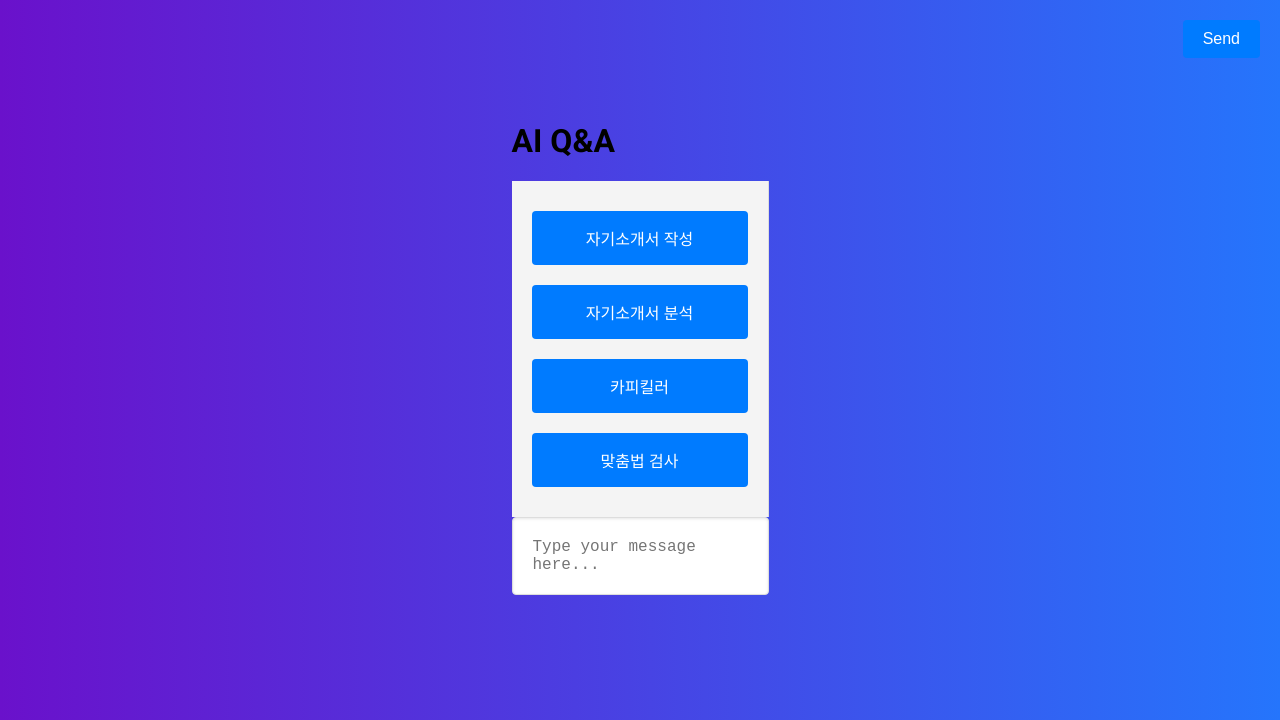
Repository: Choi9912/Flask_IntroduceGPT
Page: http://localhost/
The author's editor kept a copy of each file at every save. The page is drawn from the files as they stood at one save, then again after the next save.
The browser window is 1280 px wide. The pictures show the whole page.
The page is served by the project's application, run on Flask 3 (app.py).

Above is the page before, as saved 2024-07-30 12:23:03.

### templates/index.html
<!doctype html>
<html lang="en">
<head>
    <meta charset="UTF-8">
    <title>AI Q&A</title>
    <link rel="stylesheet" href="style.css">
    <link href="https://fonts.googleapis.com/css2?family=Roboto:wght@400;500;700&display=swap" rel="stylesheet">
    <meta name="viewport" content="width=device-width, initial-scale=1.0">
</head>
<body>
    <div class="app-container">
        <div class="header">
            <h1>AI Q&A</h1>
        </div>
        <div class="main-content">
            <div class="sidebar">
                <button class="sidebar-btn" id="sendBtn">자기소개서 작성</button>
                <button class="sidebar-btn" id="analyzeBtn">자기소개서 분석</button>
                <button class="sidebar-btn" id="plagiarismBtn">카피킬러</button>
                <button class="sidebar-btn" id="spellCheckBtn">맞춤법 검사</button>
            </div>
            <div class="chat-container">
                <div id="chat-box">
                    <!-- Chat messages will be appended here -->
                </div>
                <textarea id="inputArea" placeholder="Type your message here..." spellcheck="false"></textarea>
                <button class="submit-btn" id="actionBtn">Send</button>
            </div>
        </div>
    </div>
    <script src="script.js"></script>
</body>
</html>

### app.py
from flask import Flask, request, jsonify, render_template
import requests
import logging
import os

from dotenv import load_dotenv

load_dotenv()
API_URL = os.getenv('API_URL')
# Configure logging
logging.basicConfig(level=logging.DEBUG)

app = Flask(__name__)

class SelfIntroductionAnalyzer:
    def __init__(self, api_url):
        self.api_url = api_url

    def analyze(self, introduction, method):
        if method == 'iterative_refinement':
            return self.iterative_refinement(introduction)
        elif method == 'step_by_step':
            return self.step_by_step(introduction)
        elif method == 'few_shot':
            return self.few_shot(introduction)
        elif method == 'constraint_setting':
            return self.constraint_setting(introduction)
        else:
            return 'Error: Invalid method'

    def iterative_refinement(self, introduction):
        return self.send_request(self.create_messages(introduction))

    def step_by_step(self, introduction):
        steps = [
            "단계 1: 자기소개서를 분석합니다.",
            "단계 2: 주요 포인트와 주제를 식별합니다.",
            "단계 3: 구조와 일관성을 평가합니다."
        ]
        messages = self.create_messages(introduction, " ".join(steps))
        return self.send_request(messages)

    def few_shot(self, introduction):
        examples = [
            {"role": "user", "content": "자기소개서의 강점을 분석해주세요.", "role": "assistant", "content": "자기소개서의 강점은 명확한 목표 설정과 구체적인 경험 사례입니다."},
            {"role": "user", "content": "자기소개서에서 개선할 점을 알려주세요.", "role": "assistant", "content": "자기소개서의 개선할 점은 내용의 일관성과 논리적 흐름입니다."}
        ]
        messages = self.create_messages(introduction, examples=examples)
        return self.send_request(messages)

    def constraint_setting(self, introduction):
        constraints = "최대한 자세하게 알려주세요."
        messages = self.create_messages(introduction, constraints)
        return self.send_request(messages)

    def create_messages(self, introduction, additional_content="", examples=None):
        messages = [
            {"role": "system", "content": "당신은 자기소개서를 분석하는 AI입니다."},
            {"role": "user", "content": f"다음 자기소개서를 분석해주세요: {introduction} {additional_content}"}
        ]
        if examples:
            messages = [{"role": ex["role"], "content": ex["content"]} for ex in examples] + messages
        return messages

    def send_request(self, messages):
        try:
            response = requests.post(self.api_url, json=messages)
            response.raise_for_status()
            return response.json().get('choices')[0]['message']['content']
        except requests.RequestException as e:
            logging.error(f"Error in SelfIntroductionAnalyzer: {e}")
            return 'Error: Unable to get a response from the API'


class SelfIntroductionWriter:
    def __init__(self, api_url):
        self.api_url = api_url

    def write(self, prompt, method):
        if method == 'iterative_refinement':
            return self.iterative_refinement(prompt)
        elif method == 'step_by_step':
            return self.step_by_step(prompt)
        elif method == 'few_shot':
            return self.few_shot(prompt)
        elif method == 'constraint_setting':
            return self.constraint_setting(prompt)
        else:
            return 'Error: Invalid method'

    def iterative_refinement(self, prompt):
        return self.send_request(self.create_messages(prompt))

    def step_by_step(self, prompt):
        steps = [
            "단계 1. 소제목을 넣자: 자기소개서에 소제목을 추가합니다.",
            "단계 2. 두괄식으로 작성하자: 결론부터 말하고 자세한 내용을 덧붙입니다.",
            "단계 3. 문장을 간결하게, 문단을 나눠서 쓰자: 간결하고 명확한 문장을 사용하고, 적절한 문단 나누기로 가독성을 높입니다."
   ]
        messages = self.create_messages(prompt, " ".join(steps))
        return self.send_request(messages)

    def few_shot(self, prompt):
        examples = [
            {
                "role": "user",
                "content": "자기소개서를 작성해주세요.",
                "role": "assistant",
                "content": (
                    "① 경력 소개: 저는 열정적이고 성실한 사람입니다. "
                    "② 성장 과정: 다양한 경험을 통해 성장했습니다. "
                    "③ 결론: 저의 협력과 도전정신을 바탕으로 회사에 기여하고 싶습니다."
                )
            },
            {
                "role": "user",
                "content": "자기소개서의 핵심을 작성해주세요.",
                "role": "assistant",
                "content": (
                    "- 소개: 저는 협력과 도전정신을 중요시합니다. "
                    "- 경험: 항상 새로운 것을 배우고자 합니다. "
                    "- 목표: 이러한 태도로 귀사에 큰 기여를 하고 싶습니다."
                )
            }
        ]
        messages = self.create_messages(prompt, examples=examples)
        return self.send_request(messages)

    def constraint_setting(self, prompt):
        constraints = "소제목을 포함하고, 두괄식으로 작성하며, 문장을 간결하게 쓰고, 문단을 나누어 주세요."
        messages = self.create_messages(prompt, constraints)
        return self.send_request(messages)

    def create_messages(self, prompt, additional_content="", examples=None):
        messages = [
            {"role": "system", "content": "당신은 자기소개서를 작성하는 AI입니다."},
            {"role": "user", "content": f"다음 프롬프트로 자기소개서를 작성해주세요: {prompt} {additional_content}"}
        ]
        if examples:
            messages = [{"role": ex["role"], "content": ex["content"]} for ex in examples] + messages
        return messages

    def send_request(self, messages):
        try:
            response = requests.post(self.api_url, json=messages)
            response.raise_for_status()
            return response.json().get('choices')[0]['message']['content']
        except requests.RequestException as e:
            logging.error(f"Error in SelfIntroductionWriter: {e}")
            return 'Error: Unable to get a response from the API'



class PlagiarismDetector:
    def __init__(self, api_url):
        self.api_url = api_url

    def check_plagiarism(self, text, method):
        if method == 'iterative_refinement':
            return self.iterative_refinement(text)
        elif method == 'step_by_step':
            return self.step_by_step(text)
        elif method == 'few_shot':
            return self.few_shot(text)
        elif method == 'constraint_setting':
            return self.constraint_setting(text)
        else:
            return 'Error: Invalid method'

    def iterative_refinement(self, text):
        return self.send_request(self.create_messages(text))

    def step_by_step(self, text):
        steps = [
            "단계 1: 텍스트를 분석합니다.",
            "단계 2: 주요 포인트와 주제를 식별합니다.",
            "단계 3: 문장 구조와 단어 선택을 평가합니다.",
            "단계 4: 아이디어의 독창성을 평가합니다.",
            "단계 5: 다른 출처와의 유사성을 평가합니다."
        ]
        messages = self.create_messages(text, " ".join(steps))
        return self.send_request(messages)

    def few_shot(self, text):
        examples = [
            {"role": "user", "content": "다음 텍스트의 표절 여부를 검사해주세요.", "role": "assistant", "content": "이 텍스트는 다음 알려진 텍스트와 유사합니다: [알려진 텍스트]."},
            {"role": "user", "content": "이 텍스트는 표절인가요?", "role": "assistant", "content": "이 텍스트는 [알려진 텍스트]와 유사하므로 표절로 간주됩니다."}
        ]
        messages = self.create_messages(text, examples=examples)
        return self.send_request(messages)

    def constraint_setting(self, text):
        constraints = "텍스트의 모든 부분을 꼼꼼히 검사하고, 문장 구조, 단어 선택, 아이디어의 독창성을 고려하여 다른 출처와의 유사성을 평가해주세요."
        messages = self.create_messages(text, constraints)
        return self.send_request(messages)

    def create_messages(self, text, additional_content="", examples=None):
        messages = [
            {"role": "system", "content": "당신은 텍스트를 분석하여 표절 여부를 판단하는 AI입니다."},
            {"role": "user", "content": f"다음 텍스트의 표절 여부를 검사해주세요: {text} {additional_content}"}
        ]
        if examples:
            messages = [{"role": ex["role"], "content": ex["content"]} for ex in examples] + messages
        return messages

    def send_request(self, messages):
        try:
            response = requests.post(self.api_url, json=messages)
            response.raise_for_status()
            return response.json().get('choices')[0]['message']['content']
        except requests.RequestException as e:
            logging.error(f"Error in PlagiarismDetector: {e}")
            return 'Error: Unable to get a response from the API'



class SpellChecker:
    def __init__(self, api_url):
        self.api_url = api_url

    def check(self, text, method):
        if method == 'iterative_refinement':
            return self.iterative_refinement(text)
        elif method == 'step_by_step':
            return self.step_by_step(text)
        elif method == 'few_shot':
            return self.few_shot(text)
        elif method == 'constraint_setting':
            return self.constraint_setting(text)
        else:
            return 'Error: Invalid method'

    def iterative_refinement(self, text):
        return self.send_request(self.create_messages(text))

    def step_by_step(self, text):
        steps = [
            "단계 1: 텍스트를 분석합니다.",
            "단계 2: 철자 오류를 식별합니다.",
            "단계 3: 문법 오류를 식별합니다.",
            "단계 4: 문장 구조를 평가합니다.",
            "단계 5: 전체 텍스트의 일관성을 평가합니다."
        ]
        messages = self.create_messages(text, " ".join(steps))
        return self.send_request(messages)

    def few_shot(self, text):
        examples = [
            {"role": "user", "content": "다음 텍스트의 맞춤법을 검사해주세요.", "role": "assistant", "content": "이 텍스트에는 다음과 같은 철자 오류가 있습니다: [오류 예시]."},
            {"role": "user", "content": "이 텍스트의 문법 오류를 수정해주세요.", "role": "assistant", "content": "이 텍스트에는 다음과 같은 문법 오류가 있습니다: [오류 예시]."}
        ]
        messages = self.create_messages(text, examples=examples)
        return self.send_request(messages)

    def constraint_setting(self, text):
        constraints = "텍스트의 철자와 문법을 철저히 검사하고, 문장 구조와 일관성을 고려하여 전체 텍스트를 평가해주세요."
        messages = self.create_messages(text, constraints)
        return self.send_request(messages)

    def create_messages(self, text):
        return [
            {"role": "system", "content": "당신은 맞춤법 검사 AI입니다."},
            {"role": "user", "content": f"다음 글의 맞춤법을 확인해주세요: {text}"}
        ]

    def send_request(self, messages):
        try:
            response = requests.post(self.api_url, json=messages)
            response.raise_for_status()
            return response.json().get('choices')[0]['message']['content']
        except requests.RequestException as e:
            logging.error(f"Error in SpellChecker: {e}")
            return 'Error: Unable to get a response from the API'


class PromptOptimizerApp:
    def __init__(self, analyzer, writer, plagiarism_detector, spell_checker):
        self.app = Flask(__name__)
        self.analyzer = analyzer
        self.writer = writer
        self.plagiarism_detector = plagiarism_detector
        self.spell_checker = spell_checker
        self.setup_routes()

    def setup_routes(self):
        self.app.add_url_rule('/', 'index', self.index)
        self.app.add_url_rule('/generate', 'generate', self.generate, methods=['POST'])
        self.app.add_url_rule('/analyze', 'analyze', self.analyze_route, methods=['POST'])
        self.app.add_url_rule('/write', 'write', self.write_route, methods=['POST'])
        self.app.add_url_rule('/plagiarism_check', 'plagiarism_check', self.plagiarism_check_route, methods=['POST'])
        self.app.add_url_rule('/spell_check', 'spell_check', self.spell_check_route, methods=['POST'])

    def index(self):
        return render_template('index.html')

    def generate(self):
        data = request.get_json()
        question = data.get('question')
        logging.debug(f"Received question: {question}")

        answer = self.writer.iterative_refinement(question)
        return jsonify({'answer': answer})

    def analyze_route(self):
        data = request.get_json()
        introduction = data.get('introduction')
        method = data.get('method', 'iterative_refinement')  # Default to 'iterative_refinement'
        logging.debug(f"Received introduction: {introduction} with method: {method}")
        analysis = self.analyzer.analyze(introduction, method)
        return jsonify({'analysis': analysis})

    def write_route(self):
        data = request.get_json()
        prompt = data.get('prompt')
        method = data.get('method', 'iterative_refinement')  # Default to 'iterative_refinement'
        logging.debug(f"Received prompt: {prompt} with method: {method}")
        writing = self.writer.write(prompt, method)
        return jsonify({'writing': writing})

    def plagiarism_check_route(self):
        data = request.get_json()
        text = data.get('text')
        method = data.get('method', 'iterative_refinement')  # Default to 'iterative_refinement'
        logging.debug(f"Received text for plagiarism check: {text} with method: {method}")
        report = self.plagiarism_detector.check_plagiarism(text, method)

        return jsonify({'plagiarism_report': report})


    def spell_check_route(self):
        data = request.get_json()
        text = data.get('text')
        method = data.get('method', 'iterative_refinement')  # Default to 'iterative_refinement'
        logging.debug(f"Received text for spell check: {text} with method: {method}")
        report = self.spell_checker.check(text, method)
        return jsonify({'spell_check_report': report})

    def run(self):
        self.app.run(debug=True)

if __name__ == '__main__':
    analyzer = SelfIntroductionAnalyzer(API_URL)
    writer = SelfIntroductionWriter(API_URL)
    plagiarism_detector = PlagiarismDetector(API_URL)
    spell_checker = SpellChecker(API_URL)
    app_instance = PromptOptimizerApp(analyzer, writer, plagiarism_detector, spell_checker)
    app_instance.run()

### static/style.css
body {
    display: flex;
    justify-content: center;
    align-items: center;
    height: 100vh;
    margin: 0;
    font-family: 'Roboto', sans-serif;
    background: linear-gradient(to right, #6a11cb, #2575fc);
}

.container {
    display: flex;
    border-radius: 10px;
    box-shadow: 0 8px 16px rgba(0, 0, 0, 0.2);
    width: 80%;
    height: 80%;
    background-color: #ffffff;
    overflow: hidden;
    animation: fadeIn 1s ease-in-out;
}

.sidebar {
    display: flex;
    flex-direction: column;
    justify-content: space-around;
    padding: 20px;
    background-color: #f4f4f4;
    border-right: 1px solid #ddd;
    animation: slideIn 0.5s ease-in-out;
}

.sidebar-btn {
    padding: 15px;
    margin: 10px 0;
    border: none;
    border-radius: 4px;
    background-color: #007bff;
    color: #ffffff;
    cursor: pointer;
    font-size: 16px;
    transition: background-color 0.3s, box-shadow 0.3s, transform 0.3s;
}

.sidebar-btn:hover {
    background-color: #0056b3;
    box-shadow: 0 4px 8px rgba(0, 0, 0, 0.1);
    transform: translateY(-2px);
}

.content {
    flex: 1;
    display: flex;
    flex-direction: column;
    padding: 20px;
    position: relative;
    animation: fadeIn 1s ease-in-out;
}

#inputArea {
    flex: 1;
    margin-bottom: 20px;
    padding: 20px;
    font-size: 16px;
    border: 1px solid #ddd;
    border-radius: 4px;
    resize: none;
    box-shadow: inset 0 1px 3px rgba(0, 0, 0, 0.1);
    transition: border-color 0.3s, box-shadow 0.3s;
}

#inputArea:focus {
    border-color: #007bff;
    box-shadow: 0 0 5px rgba(0, 123, 255, 0.5);
}

.submit-btn {
    position: absolute;
    top: 20px;
    right: 20px;
    padding: 10px 20px;
    cursor: pointer;
    background-color: #007bff;
    color: #fff;
    border: none;
    border-radius: 4px;
    font-size: 16px;
    transition: background-color 0.3s, box-shadow 0.3s, transform 0.3s;
}

.submit-btn:hover {
    background-color: #0056b3;
    box-shadow: 0 4px 8px rgba(0, 0, 0, 0.1);
    transform: translateY(-2px);
}

#output {
    flex: 2;
    margin-top: 20px;
    border-top: 1px solid #ddd;
    padding: 20px;
    overflow-y: auto;
    background-color: #f4f4f4;
    border-radius: 4px;
    box-shadow: inset 0 1px 3px rgba(0, 0, 0, 0.1);
    animation: fadeIn 1s ease-in-out;
}

/* Animations */
@keyframes fadeIn {
    from { opacity: 0; }
    to { opacity: 1; }
}

@keyframes slideIn {
    from { transform: translateX(-100%); }
    to { transform: translateX(0); }
}

### static/script.js
document.addEventListener('DOMContentLoaded', function() {
    const sendBtn = document.getElementById('sendBtn');
    const analyzeBtn = document.getElementById('analyzeBtn');
    const plagiarismBtn = document.getElementById('plagiarismBtn');
    const spellCheckBtn = document.getElementById('spellCheckBtn');
    const actionBtn = document.getElementById('actionBtn');
    const inputArea = document.getElementById('inputArea');
    const outputDiv = document.getElementById('output');

    let currentAction = null;

    sendBtn.addEventListener('click', () => {
        currentAction = 'generate';
        inputArea.placeholder = 'Enter your question here';
    });

    analyzeBtn.addEventListener('click', () => {
        currentAction = 'analyze';
        inputArea.placeholder = 'Enter your self-introduction here';
    });

    plagiarismBtn.addEventListener('click', () => {
        currentAction = 'plagiarism_check';
        inputArea.placeholder = 'Enter your text for plagiarism check';
    });

    spellCheckBtn.addEventListener('click', () => {
        currentAction = 'spell_check';
        inputArea.placeholder = 'Enter your text for spell check';
    });

    actionBtn.addEventListener('click', () => {
        const text = inputArea.value;
        if (text.trim() === '' || !currentAction) return;

        let url;
        const body = {};

        switch (currentAction) {
            case 'generate':
                url = '/generate';
                body.question = text;
                break;
            case 'analyze':
                url = '/analyze';
                body.introduction = text;
                body.method = 'iterative_refinement'; // Default method
                break;
            case 'plagiarism_check':
                url = '/plagiarism_check';
                body.text = text;
                body.method = 'iterative_refinement'; // Default method
                break;
            case 'spell_check':
                url = '/spell_check';
                body.text = text;
                body.method = 'iterative_refinement'; // Default method
                break;
            default:
                return;
        }

        console.log(`Sending request to ${url} with body:`, body);

        actionBtn.disabled = true;
        outputDiv.textContent = 'Loading...';

        fetch(url, {
            method: 'POST',
            headers: {
                'Content-Type': 'application/json'
            },
            body: JSON.stringify(body)
        })
        .then(response => response.json())
        .then(data => {
            console.log('Received response:', data);
            let resultText;
            switch (currentAction) {
                case 'generate':
                    resultText = `Generated Response: ${data.answer || 'No response'}`;
                    break;
                case 'analyze':
                    resultText = `Analysis Result: ${data.analysis || 'No response'}`;
                    break;
                case 'plagiarism_check':
                    resultText = `Plagiarism Report: ${data.plagiarism_report || 'No report'}`;
                    break;
                case 'spell_check':
                    resultText = `Spell Check Report: ${data.spell_check_report || 'No report'}`;
                    break;
                default:
                    resultText = 'No valid action performed.';
            }
            outputDiv.textContent = resultText;
        })
        .catch(error => {
            console.error('Error:', error);
            outputDiv.textContent = 'Error: Unable to get a response from the server.';
        })
        .finally(() => {
            // Re-enable the action button and clear the input
            actionBtn.disabled = false;
            inputArea.value = '';
        });
    });
});

After the next save:
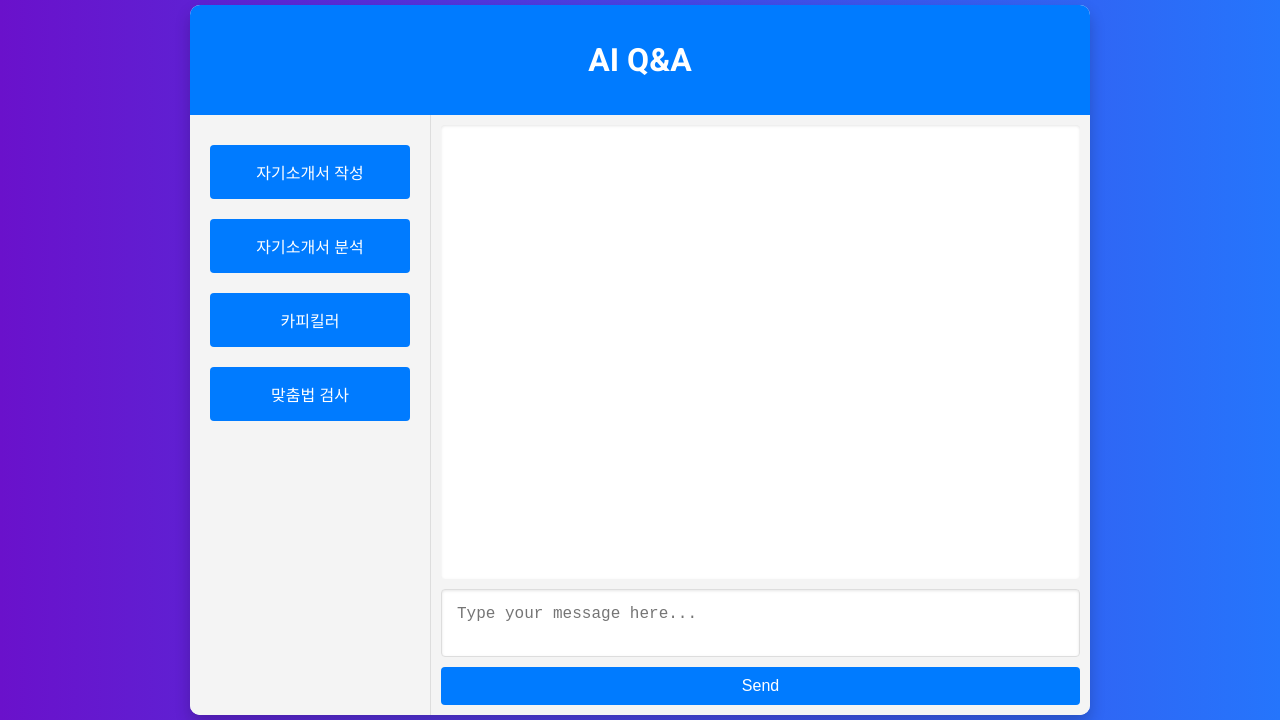
Saved 33 s later.
--- a/static/style.css
+++ b/static/style.css
@@ -1,32 +1,45 @@
 body {
+    margin: 0;
+    font-family: 'Roboto', sans-serif;
+    background: linear-gradient(to right, #6a11cb, #2575fc);
     display: flex;
     justify-content: center;
     align-items: center;
-    height: 100vh;
-    margin: 0;
-    font-family: 'Roboto', sans-serif;
-    background: linear-gradient(to right, #6a11cb, #2575fc);
+    min-height: 100vh;
 }
 
-.container {
+.app-container {
     display: flex;
+    flex-direction: column;
+    width: 100%;
+    max-width: 900px;
     border-radius: 10px;
     box-shadow: 0 8px 16px rgba(0, 0, 0, 0.2);
-    width: 80%;
-    height: 80%;
     background-color: #ffffff;
     overflow: hidden;
     animation: fadeIn 1s ease-in-out;
 }
 
+.header {
+    background-color: #007bff;
+    color: #ffffff;
+    text-align: center;
+    padding: 15px;
+}
+
+.main-content {
+    display: flex;
+    height: calc(100vh - 120px); /* Adjust height based on header size */
+}
+
 .sidebar {
     display: flex;
     flex-direction: column;
-    justify-content: space-around;
     padding: 20px;
     background-color: #f4f4f4;
     border-right: 1px solid #ddd;
     animation: slideIn 0.5s ease-in-out;
+    width: 200px;
 }
 
 .sidebar-btn {
@@ -47,25 +60,51 @@ body {
     transform: translateY(-2px);
 }
 
-.content {
-    flex: 1;
+.chat-container {
     display: flex;
     flex-direction: column;
-    padding: 20px;
-    position: relative;
-    animation: fadeIn 1s ease-in-out;
+    flex: 1;
+    padding: 10px;
+    background-color: #f4f4f4;
+}
+
+#chat-box {
+    flex: 1;
+    padding: 10px;
+    overflow-y: auto;
+    border-radius: 4px;
+    background-color: #ffffff;
+    box-shadow: inset 0 1px 3px rgba(0, 0, 0, 0.1);
+    margin-bottom: 10px;
+}
+
+.chat-message {
+    margin: 10px 0;
+    padding: 10px;
+    border-radius: 4px;
+    box-shadow: 0 1px 3px rgba(0, 0, 0, 0.1);
+}
+
+.chat-message.user {
+    background-color: #007bff;
+    color: #ffffff;
+    align-self: flex-end;
+}
+
+.chat-message.bot {
+    background-color: #f0f0f0;
+    align-self: flex-start;
 }
 
 #inputArea {
-    flex: 1;
-    margin-bottom: 20px;
-    padding: 20px;
+    padding: 15px;
     font-size: 16px;
     border: 1px solid #ddd;
     border-radius: 4px;
     resize: none;
     box-shadow: inset 0 1px 3px rgba(0, 0, 0, 0.1);
     transition: border-color 0.3s, box-shadow 0.3s;
+    margin-bottom: 10px;
 }
 
 #inputArea:focus {
@@ -74,10 +113,7 @@ body {
 }
 
 .submit-btn {
-    position: absolute;
-    top: 20px;
-    right: 20px;
-    padding: 10px 20px;
+    padding: 10px;
     cursor: pointer;
     background-color: #007bff;
     color: #fff;
@@ -93,18 +129,6 @@ body {
     transform: translateY(-2px);
 }
 
-#output {
-    flex: 2;
-    margin-top: 20px;
-    border-top: 1px solid #ddd;
-    padding: 20px;
-    overflow-y: auto;
-    background-color: #f4f4f4;
-    border-radius: 4px;
-    box-shadow: inset 0 1px 3px rgba(0, 0, 0, 0.1);
-    animation: fadeIn 1s ease-in-out;
-}
-
 /* Animations */
 @keyframes fadeIn {
     from { opacity: 0; }
